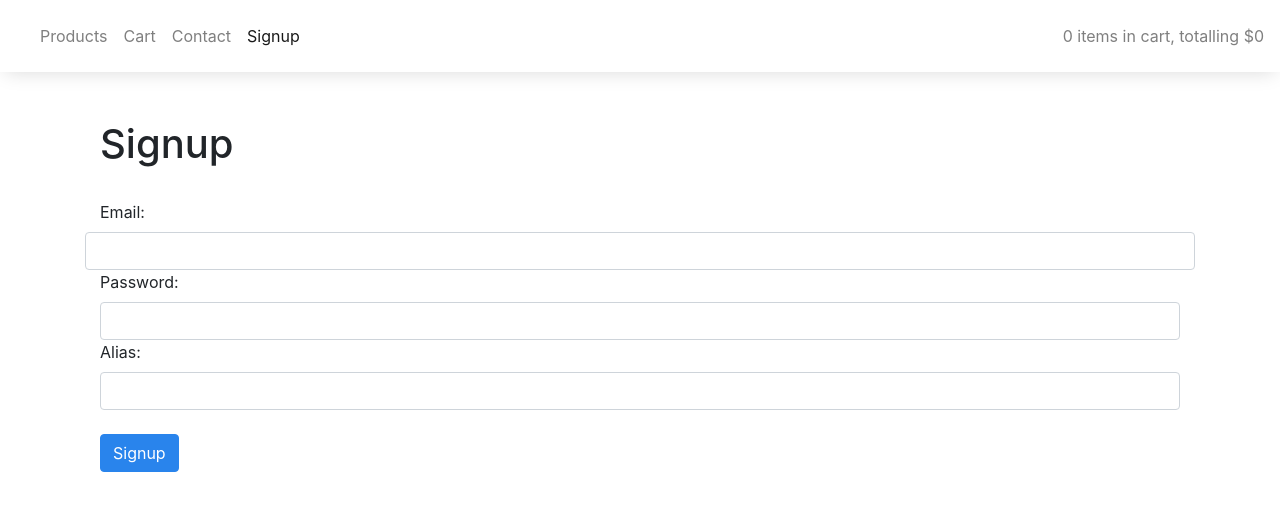
Repository: dayrim/wavecraft
Page: /signup
These files come from the project's save history. The page is drawn as it stood at one moment and after the next save; the edit follows.
The browser window is 1280 px wide. The pictures show the whole page.
The project was rebuilt for these pictures with package versions that can differ from the ones it lists, and the page was loaded fresh each time. Also part of the build but not shown: vue.config.js.

Above is the page before, as saved 2019-04-22 16:03:59.

### public/index.html
<!DOCTYPE html>
<html lang="en">
  <head>
    <meta charset="utf-8">
    <meta http-equiv="X-UA-Compatible" content="IE=edge">
    <meta name="viewport" content="width=device-width,initial-scale=1.0">
    <link rel="icon" href="<%= BASE_URL %>favicon.ico">
    <title>wavecraft-reset</title>
  </head>
  <body>
    <noscript>
      <strong>We're sorry but wavecraft-reset doesn't work properly without JavaScript enabled. Please enable it to continue.</strong>
    </noscript>
    <div id="app"></div>
    <!-- built files will be auto injected -->


  </body>
</html>

### src/main.js
import Vue from "vue";
import App from "./App.vue";
import router from "./router";
import store from "./store";
import BootstrapVue from "bootstrap-vue";

Vue.config.productionTip = false;
Vue.use(BootstrapVue);
Vue.filter("currency", function(value) {
  let formatter = new Intl.NumberFormat("en-US", {
    style: "currency",
    currency: "USD",
    minimumFractionDigits: 0,
  });

  return formatter.format(value);
});

new Vue({
  router,
  store,
  render: h => h(App),
}).$mount("#app");

### src/App.vue
<template>
  <div id="app" :class="{ ready: isPageReady }">
    <b-navbar class="mainNavbar" sticky toggleable="lg" variant="light">
      <b-navbar-brand to="/"></b-navbar-brand>

      <b-navbar-toggle target="nav-collapse"></b-navbar-toggle>

      <b-collapse id="nav-collapse" is-nav>
        <b-navbar-nav>
          <b-nav-item exact active-class="active" to="/">Products</b-nav-item>
          <b-nav-item exact active-class="active" to="/cart">Cart</b-nav-item>
          <b-nav-item exact active-class="active" to="/contact">Contact</b-nav-item>
          <b-nav-item exact active-class="active" to="/signup">Signup</b-nav-item>
        </b-navbar-nav>

        <!-- Right aligned nav items -->
        <b-navbar-nav class="ml-auto">
          <b-nav-text>
            <div class="navbar-text">
              {{ cart.items.length }}
              <span v-if="cart.items.length == 1">item</span><span v-else>items</span> in cart,
              totalling {{ cartTotal | currency }}
            </div></b-nav-text
          >
        </b-navbar-nav>
      </b-collapse>
    </b-navbar>
    <transition name="route" mode="out-in">
      <router-view name="discount"> </router-view>
    </transition>
    <b-container>
      <b-row>
        <b-col>
          <br /><br />
          <transition name="route" mode="out-in">
            <router-view></router-view>
          </transition>
        </b-col>
      </b-row>
    </b-container>
  </div>
</template>

<script>
export default {
  data() {
    return {
      isPageReady: false,
    };
  },
  computed: {
    cart() {
      return this.$store.state.cart;
    },
    cartTotal() {
      return this.$store.getters["cart/cartTotal"];
    },
  },
  mounted: function() {
    this.$nextTick(function() {
      setTimeout(() => {
        this.isPageReady = true;
      }, 0);
    });
  },
};
</script>

<style lang="scss">
.mainNavbar {
  box-shadow: 0px 5px 20px -5px rgba(0, 0, 0, 0.15);
}
.flex {
  display: flex;
}
.flex.flex-column {
  flex-direction: column;
}
.flex.flex-row {
  flex-direction: row;
}
.flex.justify-center {
  justify-content: center;
}
.flex.justify-left {
  justify-content: flex-start;
}
.flex.justify-right {
  justify-content: flex-end;
}
.flex.align-center {
  align-items: center;
}
.flex.align-left {
  align-items: flex-start;
}
.flex.align-right {
  align-items: flex-end;
}
/* Navigation */
.navbar .stats {
  margin-top: 15px;
}
ul {
  list-style: none;
}
.btn {
  margin-right: 20px;
}
input[type="radio"] + label,
input[type="checkbox"] + label {
  font-weight: normal;
}

#app {
  opacity: 0;
  transition: opacity 1s ease;
}

#app.ready {
  opacity: 1;
}

.route-enter-active,
.route-leave-active {
  transition: opacity 0.15s ease;
}

.route-enter,
.route-leave-to {
  opacity: 0;
}
</style>

### src/router/index.js
import Vue from "vue";
import Router from "vue-router";
import routes from "./routes";
Vue.use(Router);

export default new Router({
  mode: "history",
  base: process.env.BASE_URL,
  routes,
});

### src/store/index.js
import Vue from "vue";
import Vuex from "vuex";
import cart from "./modules/cart";

Vue.use(Vuex);

export default new Vuex.Store({
  /**
   * Assign the modules to the store.
   */
  modules: {
    cart,
  },
});

### src/assets/common.scss
@import "node_modules/bootstrap/scss/functions";
@import "node_modules/bootstrap/scss/variables";

$primary-color: #2984ec;
$secondary-color: #601cb9;
$tertiary-color: #222d30;
$default-color: #e9e9e9;
$light-color: #ffffff;
$accent-color: #f0081b;
$warning-color: #f09308;



$red: #dc3545;
$yellow: #ffc107;
$green: #006600; // This is the only variable I wanted to change
$cyan: #17a2b8;

$theme-colors: (
  primary: $primary-color,
  secondary: $tertiary-color,
  success: $secondary-color,
  info: $primary-color,
  warning: $warning-color,
  danger: $accent-color,
  light: $light-color,
  dark: $tertiary-color
);

@import 'node_modules/bootstrap/scss/bootstrap';
@import 'node_modules/bootstrap-vue/src/index.scss';

### src/router/routes.js
const routes = [
  {
    path: "",
    components: {
      default: () => import(/* webpackChunkName: "ProductList" */ "@/components/ProductList.vue"),
      discount: () =>
        import(/* webpackChunkName: "SpecialOffer" */ "@/components/SpecialOffer.vue"),
    },
  },
  {
    path: "/cart",
    component: () => import(/* webpackChunkName: "Cart" */ "@/components/Cart.vue"),
    alias: "/shopping-cart",
  },
  {
    path: "/signup",
    component: () => import(/* webpackChunkName: "Singup" */ "@/components/Signup.vue"),
    alias: "/sign-up",
  },
  {
    path: "/product/:productId",
    props: true,
    name: "Product",
    component: () => import(/* webpackChunkName: "Product" */ "@/components/Product.vue"),
    children: [
      {
        path: "details",
        name: "ViewProduct",
        props: true,
        component: () =>
          import(/* webpackChunkName: "ViewProduct" */ "@/components/ViewProduct.vue"),
      },
      {
        path: "reviews",
        name: "ProductReviews",
        props: true,
        component: () =>
          import(/* webpackChunkName: "ProductReviews" */ "@/components/ProductReviews.vue"),
      },
    ],
  },

  {
    path: "/contact",
    component: () => import(/* webpackChunkName: "Contact" */ "@/components/Contact.vue"),
  },
  {
    path: "/*",
    component: () => import(/* webpackChunkName: "PageNotFound" */ "@/components/PageNotFound.vue"),
  },
];

export default routes;

### src/store/modules/cart/index.js
import actions from "./actions";
import getters from "./getters";
import mutations from "./mutations";
import state from "./state";

export default {
  namespaced: true,
  actions,
  getters,
  mutations,
  state,
};

### src/components/Signup.vue
<template>
  <b-container fluid>
    <h1>Signup</h1>
    <br />
    <b-row>
      <b-col> <label for="email">Email:</label></b-col>
      <b-col     <b-form-input id="email" type="text"></b-form-input></b-col>
    </b-row>


    <label for="password">Password:</label>
    <b-form-input id="password" type="text"></b-form-input>
    <label for="alias">Alias:</label>
    <b-form-input id="alias" type="text"></b-form-input>
    <br />
    <b-button variant="primary">Signup</b-button>
  </b-container>
</template>

<script>
export default {
  data() {
    return {};
  },
};
</script>

<style lang="scss"></style>

### src/store/modules/cart/actions.js
import * as Mutate from "./mutation-types";

export const addProductToCart = ({ commit, getters }, payload) => {
  let cartItem = getters.getCartItem(payload.product);
  payload.cartItem = cartItem;

  if (cartItem == null) {
    payload.cartItem = getters.getCartItem(payload.product);
    commit(Mutate.ADD_PRODUCT_TO_CART, payload);
  } else {
    commit(Mutate.INCREASE_PRODUCT_QUANTITY, payload);
  }
};

export const checkout = ({ commit }) => {
  commit(Mutate.CHECKOUT);
};

export default {
  addProductToCart,
  checkout,
};

### src/store/modules/cart/getters.js
export default {
  cartTotal: state => {
    let total = 0;

    state.items.forEach(function(item) {
      total += item.product.price * item.quantity;
    });
    return total;
  },
  getCartItem: state => product => {
    for (let i = 0; i < state.items.length; i++) {
      if (state.items[i].product.id === product.id) {
        return state.items[i];
      }
    }
    return null;
  },
  taxAmount: (state, getters) => percentage => (getters.cartTotal * percentage) / 100,
};

### src/store/modules/cart/mutations.js
import { CHECKOUT, ADD_PRODUCT_TO_CART, INCREASE_PRODUCT_QUANTITY } from "./mutation-types";

export default {
  [CHECKOUT](state) {
    state.items.forEach(function(item) {
      item.product.inStock += item.quantity;
    });

    state.items = [];
  },
  [ADD_PRODUCT_TO_CART]: (state, payload) => {
    state.items.push({
      product: payload.product,
      quantity: payload.quantity,
    });

    payload.product.inStock -= payload.quantity;
  },
  [INCREASE_PRODUCT_QUANTITY]: (state, payload) => {
    payload.cartItem.quantity += payload.quantity;
    payload.product.inStock -= payload.quantity;
  },
};

### src/store/modules/cart/state.js
export default {
  items: [],
};

### src/store/modules/cart/mutation-types.js
export const ADD_PRODUCT_TO_CART = "addProductToCart";
export const CHECKOUT = "checkout";
export const INCREASE_PRODUCT_QUANTITY = "increaseQuantity";

export default {
  ADD_PRODUCT_TO_CART,
  CHECKOUT,
  INCREASE_PRODUCT_QUANTITY,
};

After the next save:
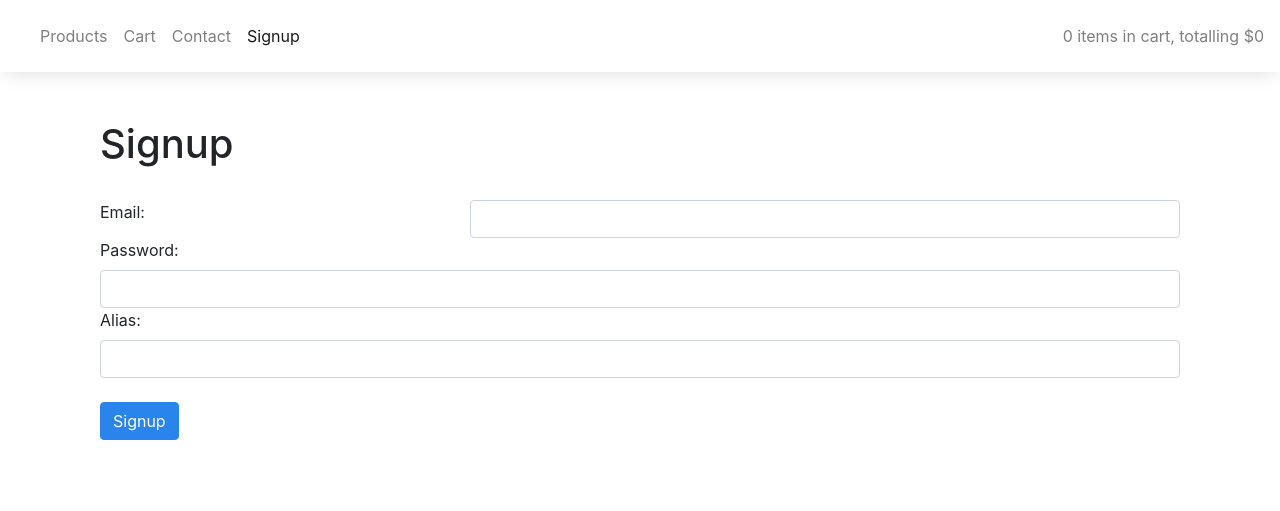
Saved 4 s later.
--- a/src/components/Signup.vue
+++ b/src/components/Signup.vue
@@ -4,9 +4,8 @@
     <br />
     <b-row>
       <b-col> <label for="email">Email:</label></b-col>
-      <b-col     <b-form-input id="email" type="text"></b-form-input></b-col>
+      <b-col cols="8"> <b-form-input id="email" type="text"></b-form-input></b-col>
     </b-row>
-
 
     <label for="password">Password:</label>
     <b-form-input id="password" type="text"></b-form-input>
